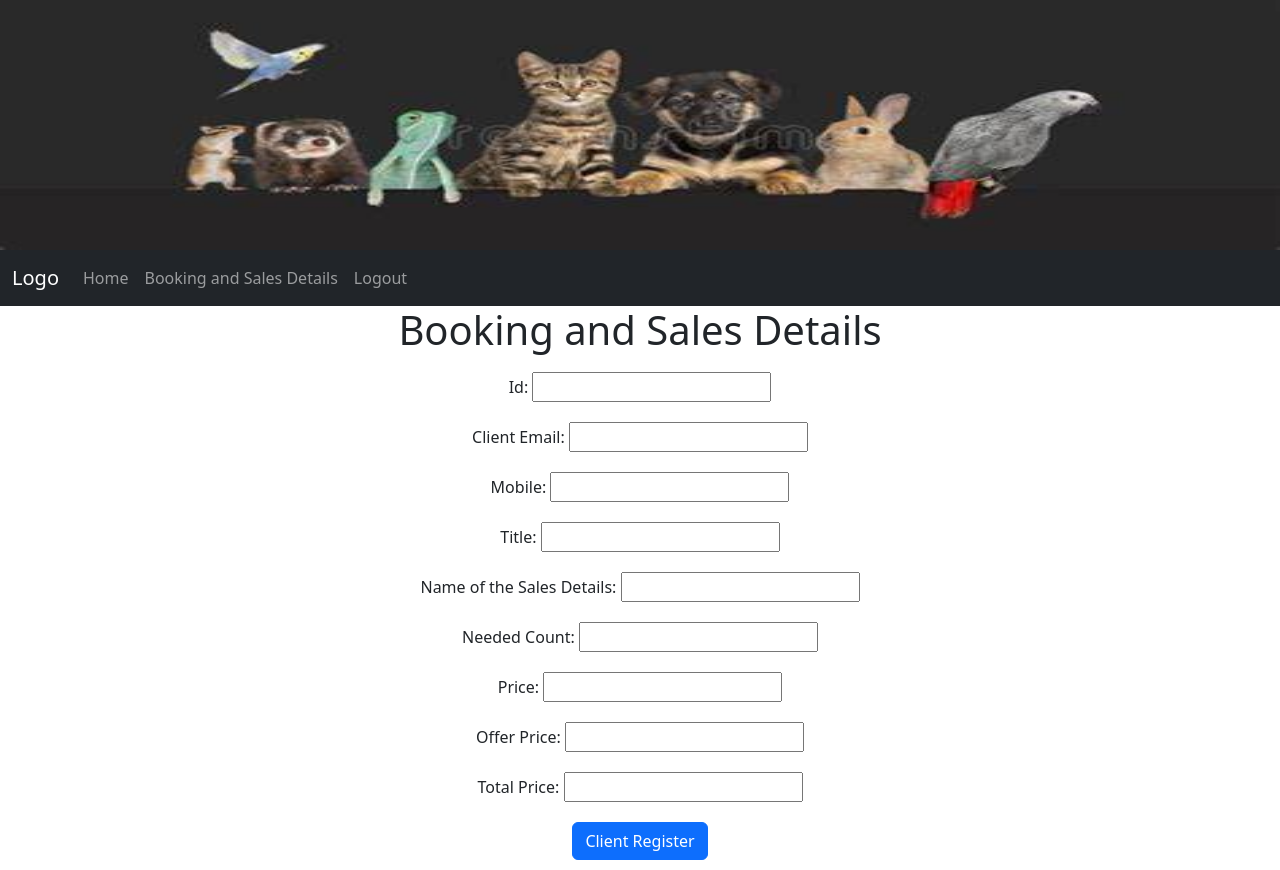
Repository: sangee123456/flowersanddogshop
Page: http://localhost/FlowersofNatureandFriendlyAnimals/WEB-INF/jsp/client/bookingandsalesdetails.jsp
The author's editor kept a copy of each file at every save. The page is drawn from the files as they stood at one save, then again after the next save.
The browser window is 1280 px wide. The pictures show the whole page.
The page is served by Tomcat 9. Nobody is signed in. The template is opened directly, without the code that normally fills it, so the values that code supplies are empty.

Above is the page before, as saved 2026-03-31 03:36:04.

After the next save:
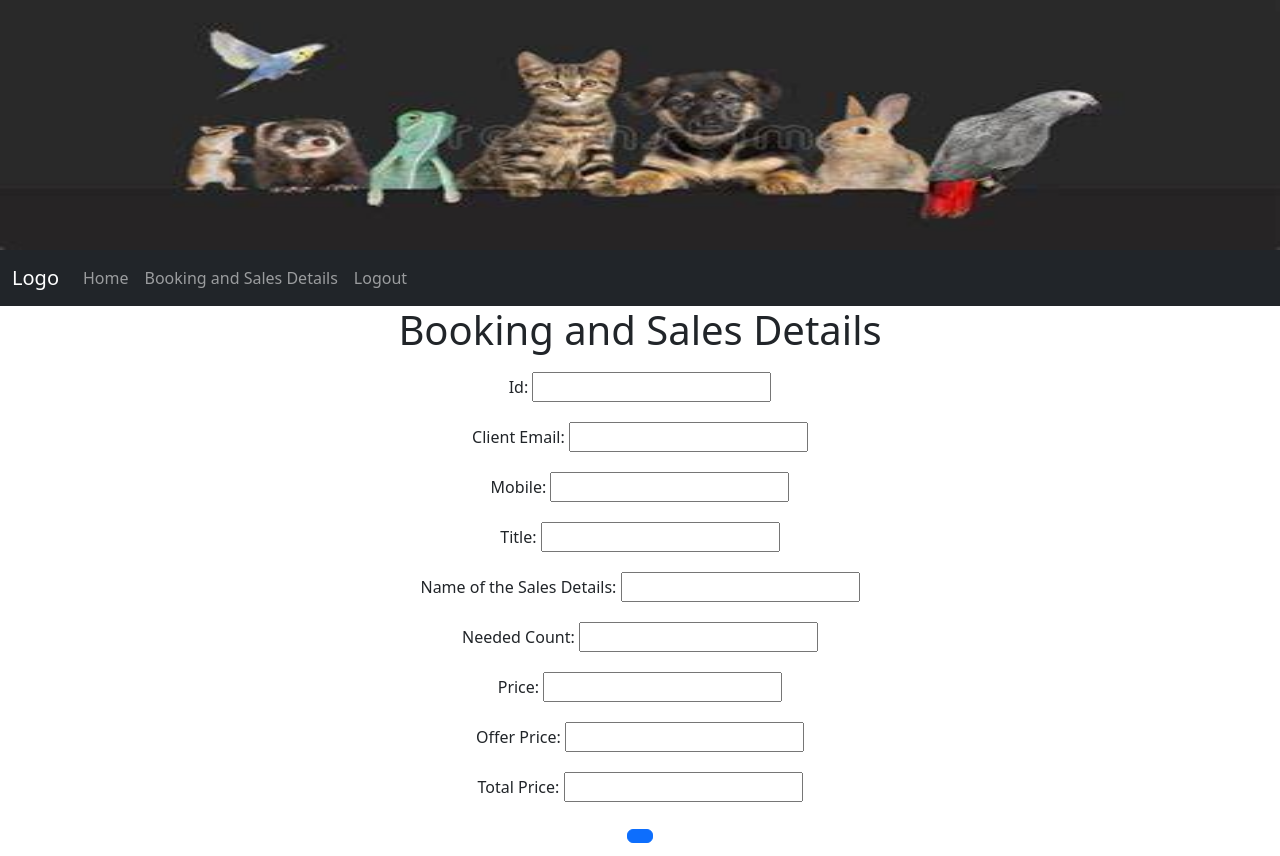
Saved 3 min 3 s later.
--- a/FlowersofNatureandFriendlyAnimals/FlowersofNatureandFriendlyAnimals/src/main/webapp/WEB-INF/jsp/client/bookingandsalesdetails.jsp
+++ b/FlowersofNatureandFriendlyAnimals/FlowersofNatureandFriendlyAnimals/src/main/webapp/WEB-INF/jsp/client/bookingandsalesdetails.jsp
@@ -84,7 +84,7 @@
 
 
                       <div style="padding: 10px;">
-                  <button class="btn btn-primary">Client Register</button>
+                  <button class="btn btn-primary"></button>
                       </div>
 
 
